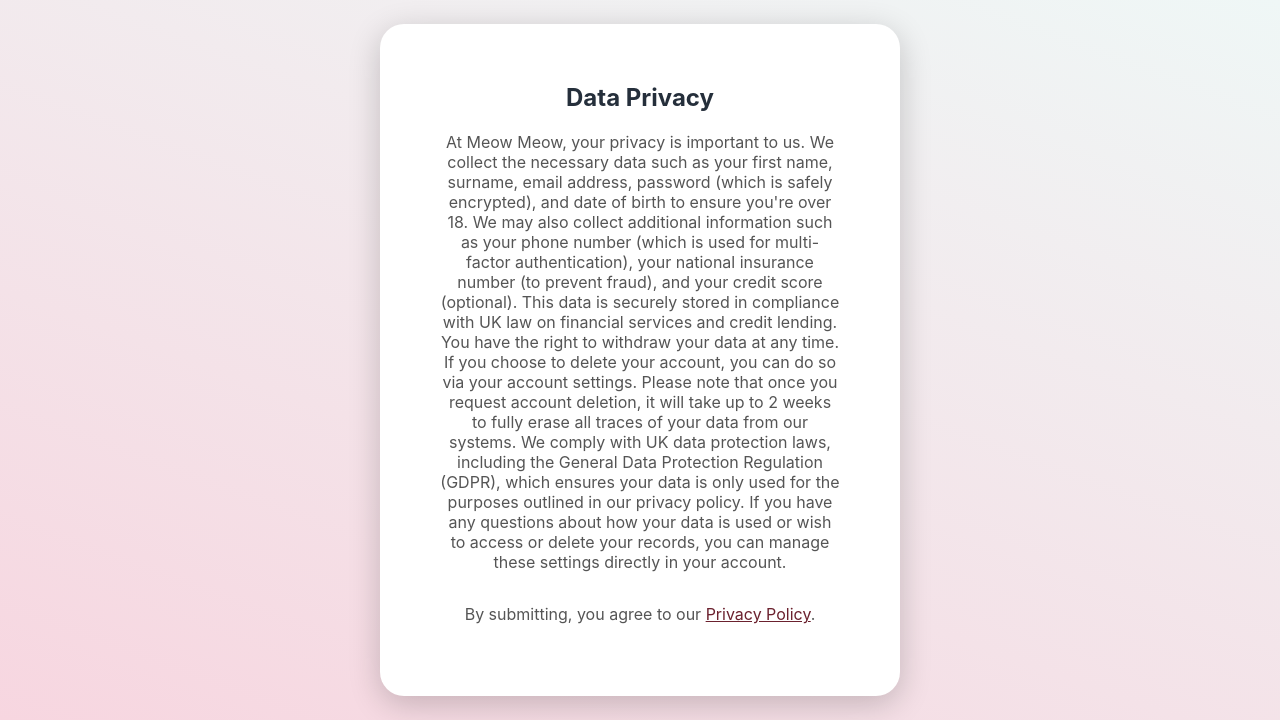
Repository: aab232/https---github.com-aab232-Deferred-Payment-Platform
Page: /privacy (app in frontend/)
The author's editor kept a copy of each file at every save. The page is drawn from the files as they stood at one save, then again after the next save.
The browser window is 1280 px wide. The pictures show the whole page.
The project was rebuilt for these pictures with package versions that can differ from the ones it lists, and the page was loaded fresh each time. Also part of the build but not shown: frontend/src/components/Home.js, frontend/src/components/Register.js, frontend/src/components/Login.js, frontend/src/components/Main.css, frontend/src/components/Main.js, frontend/src/components/BackButton.css, frontend/src/components/BackButton.js, frontend/src/components/Settings.js.

Above is the page before, as saved 2025-04-01 01:49:51.

### frontend/src/App.js
import React from 'react';
import { BrowserRouter as Router, Routes, Route } from 'react-router-dom';
import Home from './components/Home';
import Register from './components/Register';
import Login from './components/Login';
import Main from './components/Main';
import Settings from './components/Settings';
import Privacy from './components/Privacy';

const App = () => {
  return (
    <Router>
      <Routes>
        <Route path="/" element={<Home />} />
        <Route path="/login" element={<Login />} />
        <Route path="/register" element={<Register />} />
        <Route path="/main" element={<Main />} />
        <Route path="/settings" element={<Settings />} />
        <Route path="/privacy" element={<Privacy />} />
      </Routes>
    </Router>
  );
};

export default App;

### frontend/src/components/Privacy.js
import React from 'react';
import './Privacy.css'; // Make sure to import the CSS file

const Privacy = () => {
  return (
    <div className="container">
      <div className="form-card">
        <h2>Data Privacy</h2>

        <p>
          At Meow Meow, your privacy is important to us. We collect the necessary data such as your first name, surname, email address, password (which is safely encrypted), and date of birth to ensure you're over 18. We may also collect additional information such as your phone number (which is used for multi-factor authentication), your national insurance number (to prevent fraud), and your credit score (optional). This data is securely stored in compliance with UK law on financial services and credit lending.

          You have the right to withdraw your data at any time. If you choose to delete your account, you can do so via your account settings. Please note that once you request account deletion, it will take up to 2 weeks to fully erase all traces of your data from our systems.

          We comply with UK data protection laws, including the General Data Protection Regulation (GDPR), which ensures your data is only used for the purposes outlined in our privacy policy. If you have any questions about how your data is used or wish to access or delete your records, you can manage these settings directly in your account.
        </p>

        <p>By submitting, you agree to our <span className="link">Privacy Policy</span>.</p>
      </div>
    </div>
  );
};

export default Privacy;

### frontend/src/components/Home.css
.container {
    display: flex;
    justify-content: center;
    align-items: center;
    height: 100vh; /* Full viewport height */
    background: linear-gradient(135deg, #252f3b, #252d3b); /* Elegant gradient */
  }

  .card {
    text-align: center;
    background: #fff;
    padding: 40px 60px;
    border-radius: 24px;
    box-shadow: 0 8px 32px rgba(0, 0, 0, 0.2);
    max-width: 350px;
    width: 100%;
  }

  h1 {
    margin-bottom: 16px;
    font-size: 28px;
    color: #252f3b;
  }

  p {
    margin-bottom: 32px;
    font-size: 16px;
    color: #555;
  }

  .button-group {
    display: flex;
    justify-content: space-between;
  }

  .btn {
    padding: 12px 24px;
    font-size: 16px;
    border: none;
    border-radius: 30px; /* Rounded buttons */
    cursor: pointer;
    transition: background 0.3s ease;
    color: white;
    background: #252f3b;
  }

  .btn:hover {
    background: #252f3b; /* Button hover effect */
  }

### frontend/src/components/Form.css
.container {
  display: flex;
  justify-content: center;
  align-items: center;
  height: 100vh;
  background: linear-gradient(200deg, #eff7f6, #F7D6E0);
}

.form-card {
  background: white;
  padding: 40px 60px;
  border-radius: 24px;
  box-shadow: 0 8px 32px rgba(0, 0, 0, 0.2);
  max-width: 400px;
  width: 100%;
  text-align: center;
}

h2 {
  color: #252f3b;
}

input {
  display: block;
  width: 100%;
  margin: 10px 0;
  padding: 12px;
  border: 1px solid #ddd;
  border-radius: 30px;
}

.btn {
  padding: 12px 24px;
  margin-top: 20px;
  border-radius: 30px;
  border: none;
  color: white;
  background: #6b212e;
  cursor: pointer;
}

.btn:hover {
  background: #a41b34;
}

.link {
  color: #6b212e;
  cursor: pointer;
}

### frontend/src/components/Settings.css
.settings-container {
  display: flex;
  flex-direction: column;
  align-items: center;
  padding: 40px 20px;
  background: #f8f9fa;
  min-height: 100vh;
}

h1 {
  color: #343a40;
  margin-bottom: 20px;
}

.menu {
  display: flex;
  gap: 20px;
  margin-bottom: 40px;
}

.menu button {
  padding: 10px 20px;
  border: none;
  border-radius: 8px;
  cursor: pointer;
  transition: background 0.3s ease;
  font-weight: bold;
  background: #007bff;
  color: white;
}

.menu .danger {
  background: #dc3545;
}

.menu button:hover {
  opacity: 0.8;
}

/* Dropdown styling */
.dropdown {
  display: flex;
  flex-direction: column;
  gap: 10px;
  margin-top: 20px;
}

.dropdown button {
  padding: 8px 16px;
  border: none;
  border-radius: 8px;
  background: #6c757d;
  color: white;
  cursor: pointer;
  transition: background 0.3s ease;
}

.dropdown button:hover {
  background: #495057;
}

/* Section Styling */
.section {
  width: 100%;
  max-width: 600px;
  background: white;
  padding: 30px;
  border-radius: 16px;
  box-shadow: 0 8px 24px rgba(0, 0, 0, 0.1);
  margin-top: 20px;
}

h2 {
  color: #495057;
  margin-bottom: 20px;
}

input {
  width: 100%;
  padding: 12px;
  margin-bottom: 15px;
  border: 1px solid #ced4da;
  border-radius: 8px;
  font-size: 14px;
}

button {
  padding: 12px 20px;
  border: none;
  border-radius: 8px;
  cursor: pointer;
  background: #28a745;
  color: white;
  font-weight: bold;
}

button:hover {
  opacity: 0.9;
}

.info {
  margin-top: 20px;
  color: #6c757d;
}

### frontend/src/components/Privacy.css
/* Container for centering the form card */
.container {
    display: flex;
    justify-content: center;
    align-items: center;
    height: 100vh;
    background: linear-gradient(200deg, #eff7f6, #F7D6E0);
  }

  /* Form card styling */
  .form-card {
    background: white;
    padding: 40px 60px;
    border-radius: 24px;
    box-shadow: 0 8px 32px rgba(0, 0, 0, 0.2);
    max-width: 400px;
    width: 100%;
    text-align: center;
  }

  /* Heading styling */
  h2 {
    color: #252f3b;
    font-size: 24px;
    margin-bottom: 20px;
  }

  /* Button styling */
  .btn {
    padding: 12px 24px;
    margin-top: 20px;
    border-radius: 30px;
    border: none;
    color: white;
    background: #6b212e;
    cursor: pointer;
  }

  .btn:hover {
    background: #a41b34;
  }

  /* Link styling */
  .link {
    color: #6b212e;
    cursor: pointer;
    text-decoration: underline;
  }

  .link:hover {
    color: #a41b34;
  }

Loaded but not shown: frontend/public/index.html (common file); frontend/src/index.js (common file); frontend/src/index.css (common file)

After the next save:
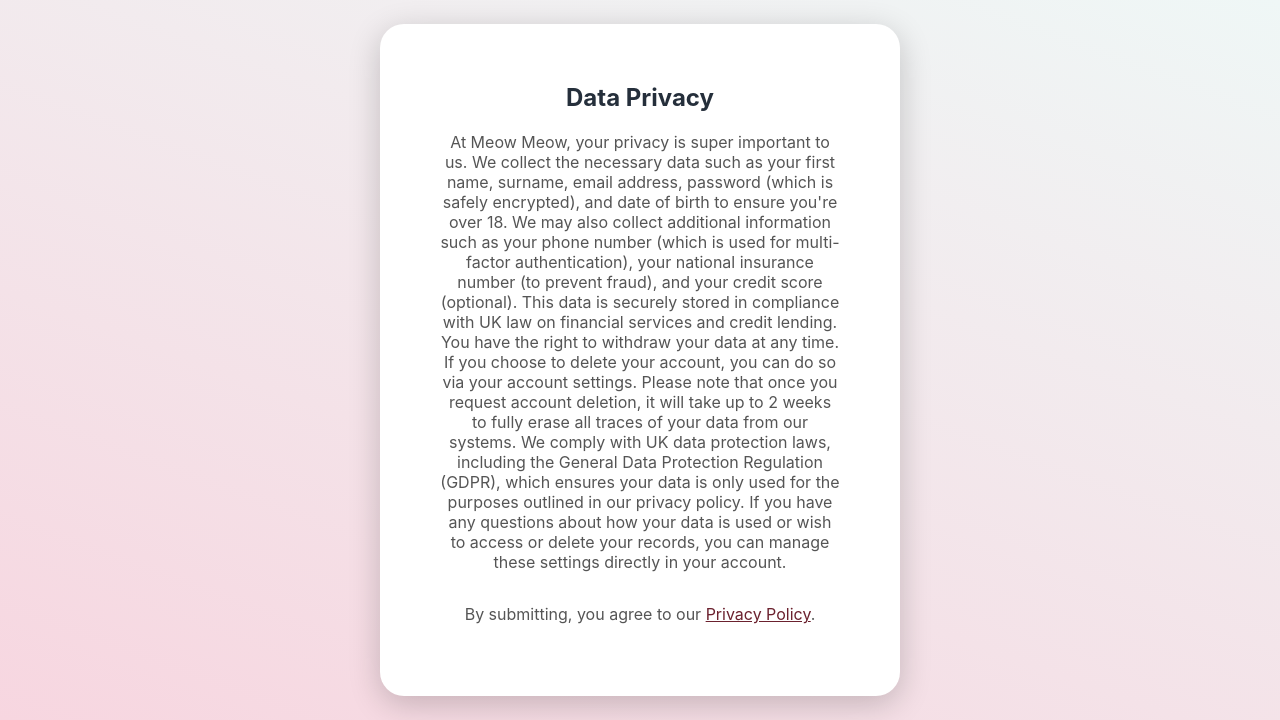
Saved 14 s later.
--- a/frontend/src/components/Privacy.js
+++ b/frontend/src/components/Privacy.js
@@ -8,7 +8,7 @@ const Privacy = () => {
         <h2>Data Privacy</h2>
 
         <p>
-          At Meow Meow, your privacy is important to us. We collect the necessary data such as your first name, surname, email address, password (which is safely encrypted), and date of birth to ensure you're over 18. We may also collect additional information such as your phone number (which is used for multi-factor authentication), your national insurance number (to prevent fraud), and your credit score (optional). This data is securely stored in compliance with UK law on financial services and credit lending.
+          At Meow Meow, your privacy is super important to us. We collect the necessary data such as your first name, surname, email address, password (which is safely encrypted), and date of birth to ensure you're over 18. We may also collect additional information such as your phone number (which is used for multi-factor authentication), your national insurance number (to prevent fraud), and your credit score (optional). This data is securely stored in compliance with UK law on financial services and credit lending.
 
           You have the right to withdraw your data at any time. If you choose to delete your account, you can do so via your account settings. Please note that once you request account deletion, it will take up to 2 weeks to fully erase all traces of your data from our systems.
 
